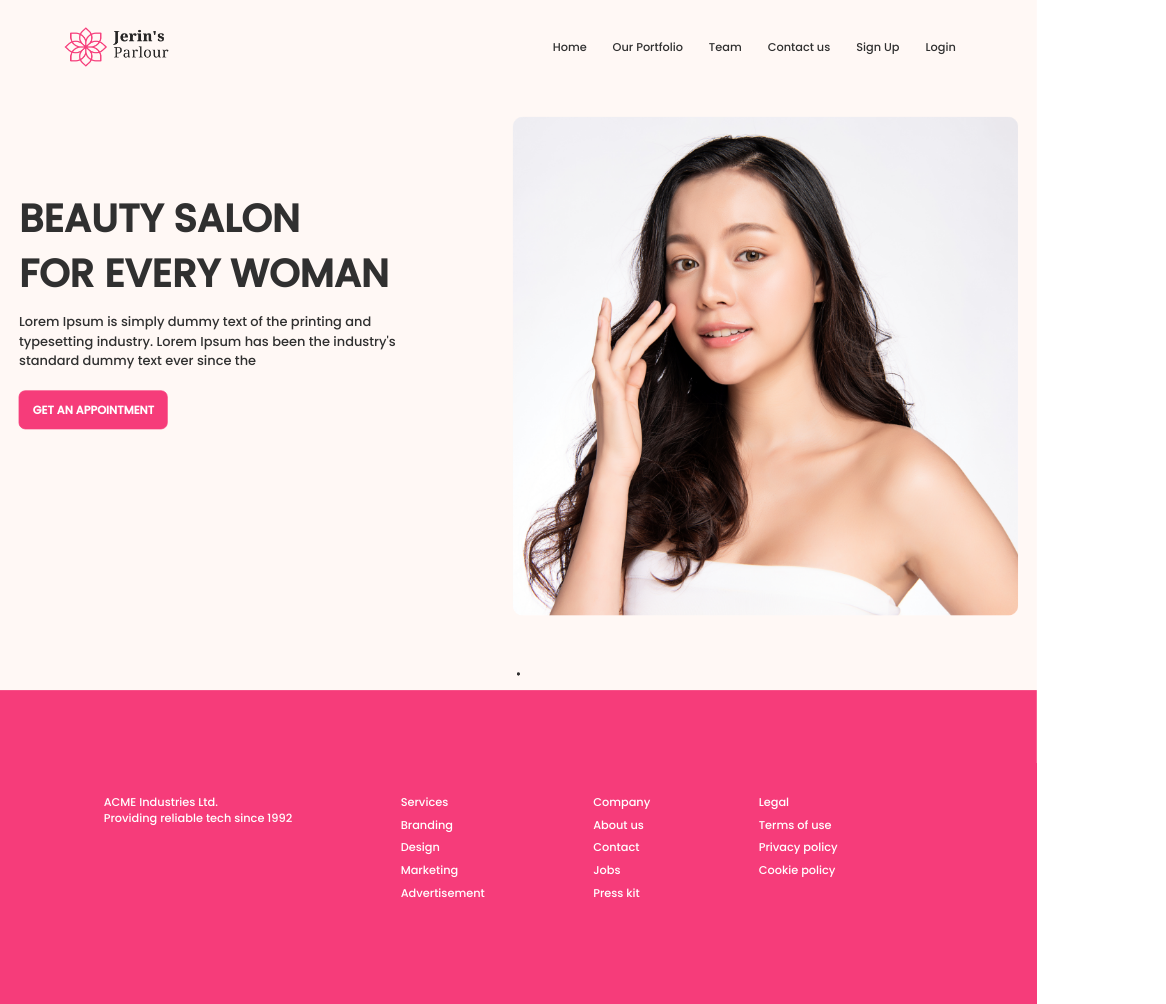
Repository: Wahid137/jerins-parlour-client
Page: /
The author's editor kept a copy of each file at every save. The page is drawn from the files as they stood at one save, then again after the next save.
The browser window is 1280 px wide. The page is 1280 px wide, then 1440 px, so the pictures cover 1440 px, including what lies to the right of the window. The pictures show the whole page, at 81% of full size.
The page's requests for data from a server got no answer. The project was rebuilt for these pictures with package versions that can differ from the ones it lists, and the page was loaded fresh each time. No one was signed in, and anything a server would have sent is missing. Also part of the build but not shown: src/App.css, src/Pages/Home/Services/ServicesCard.js.

Above is the page before, as saved 2023-07-16 03:50:50.

After the next save:
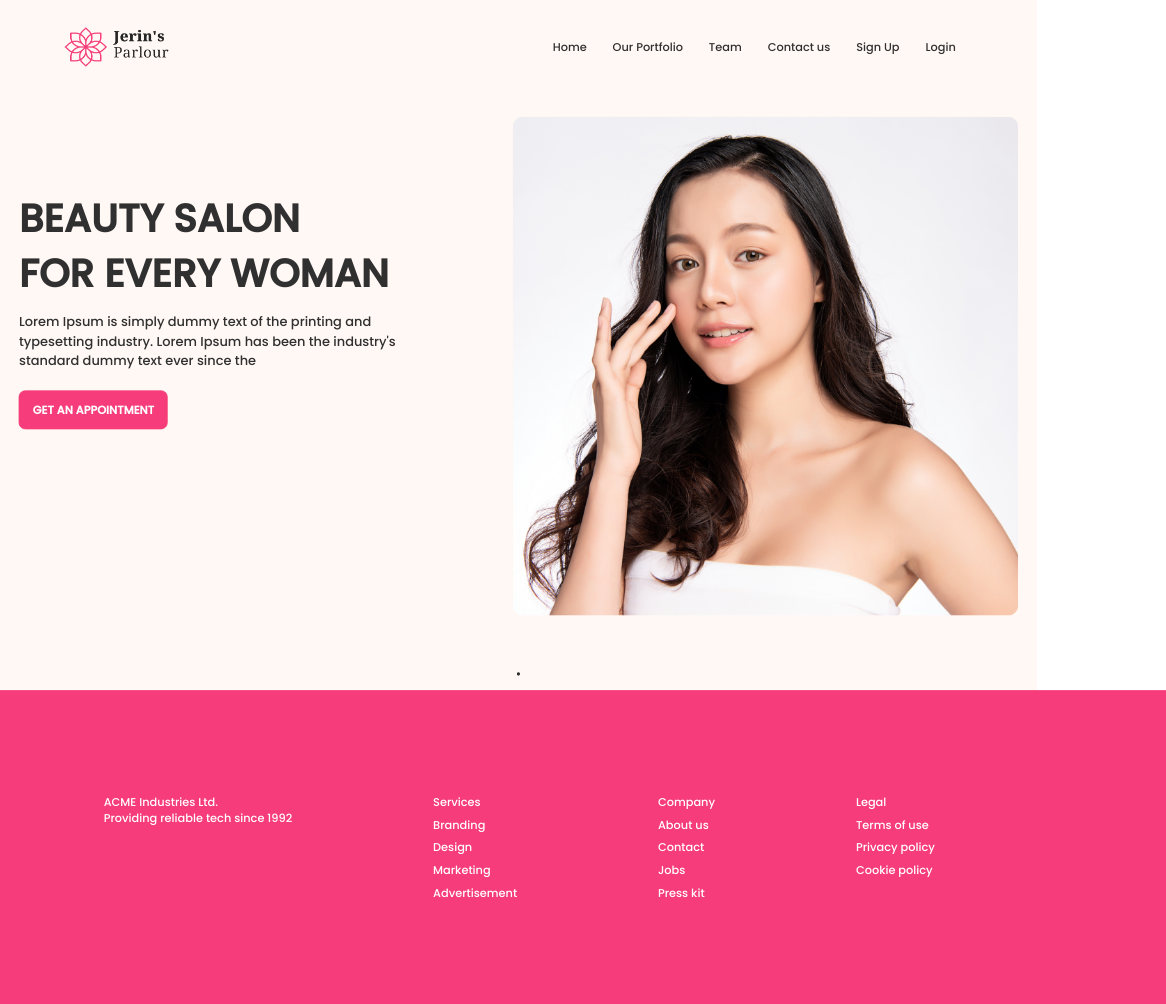
Saved 21 s later.
--- a/src/Shared/Footer/Footer.js
+++ b/src/Shared/Footer/Footer.js
@@ -3,7 +3,7 @@ import React from 'react';
 
 const Footer = () => {
     return (
-        <footer className="footer p-32 bg-primary text-white max-w-full">
+        <footer className="footer p-32 bg-primary text-white w-[1440px]">
             <div>
                 <p>ACME Industries Ltd.<br />Providing reliable tech since 1992</p>
             </div>
